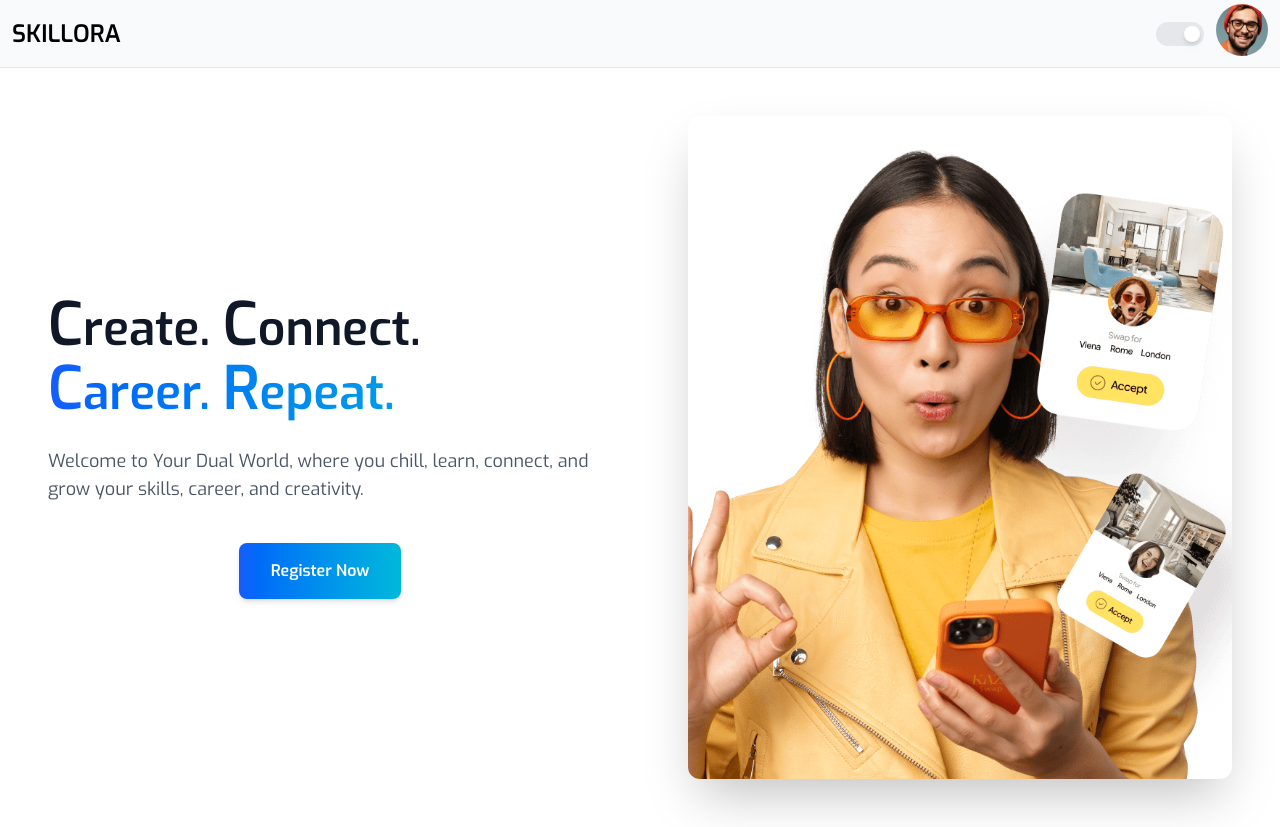
Repository: deepak445566/job
Page: / (app in frontend/)
An editor plug-in stored every save of this project. The page is shown before and after a run of saves, followed by the edit.
The browser window is 1280 px wide. The pictures show the whole page.
The page's requests for data from a server got no answer. Some web fonts or font styles are not loaded; a fallback is used. The project was rebuilt for these pictures with package versions that can differ from the ones it lists, and the page was loaded fresh each time. Some packages were replaced by stand-ins written for this rebuild. No one was signed in, and anything a server would have sent is missing. Also part of the build but not shown: frontend/vite.config.js, frontend/src/Components/auth/Login.jsx, frontend/src/Components/study/StudyDashboard.jsx, frontend/src/Components/chill/CreateReelModal.jsx, frontend/src/Components/chill/ChillDashboard.jsx, frontend/src/Components/common/Footer.jsx.

Above is the page before, as saved 2026-02-27 14:54:55.

### frontend/index.html
<!doctype html>
<html lang="en">
  <head>
    <meta charset="UTF-8" />
    <link rel="icon" type="image/svg+xml" href="/vite.svg" />
    <meta name="viewport" content="width=device-width, initial-scale=1.0" />
    <title>frontend</title>
    <link rel="preconnect" href="https://fonts.googleapis.com">
<link rel="preconnect" href="https://fonts.gstatic.com" crossorigin>
<link href="https://fonts.googleapis.com/css2?family=Exo:ital,wght@0,100..900;1,100..900&family=Playfair+Display:ital,wght@0,400..900;1,400..900&display=swap" rel="stylesheet">
  </head>
  <body>
    <div id="root"></div>
    <script type="module" src="/src/main.jsx"></script>
  </body>
</html>

### frontend/src/main.jsx
import { StrictMode } from 'react'
import { createRoot } from 'react-dom/client'
import './index.css'
import App from './App.jsx'
import {BrowserRouter} from 'react-router-dom'
import { AppContextProvider } from './context/AppContextProvider.jsx'




createRoot(document.getElementById('root')).render(
  <BrowserRouter>
  <AppContextProvider>
  <StrictMode>
    <App />
  </StrictMode>
  </AppContextProvider>
  </BrowserRouter>
)

### frontend/src/index.css
@import "tailwindcss";
.exo{
  font-family: "Exo", sans-serif;

  font-style: normal;
}

### frontend/src/App.jsx
import React from "react";
import Login from "./Components/auth/Login";
import { Route, Routes } from "react-router-dom";
import Dashboard from "./Components/Dashboard";
import { useAppContext } from "./context/AppContextProvider";
import Layout from "./Components/common/Layout";

function App() {
  const { showLogin } = useAppContext();

  return (
    <>
      {showLogin && <Login />}

      <Routes>
        {/* Layout wrap karega sab routes ko */}
        <Route path="/" element={<Layout />}>
          <Route index element={<Dashboard />} />
        </Route>
      </Routes>
    </>
  );
}

export default App;

### frontend/src/context/AppContextProvider.jsx
import { useContext, useEffect, useState } from "react";
import { useNavigate } from "react-router-dom";
import axios from "axios";
import { AppContext } from "./AppContext";
import toast from 'react-hot-toast';

axios.defaults.withCredentials = true;
axios.defaults.baseURL = import.meta.env.VITE_BACKEND_URL;
console.log("Base URL:", import.meta.env.VITE_BACKEND_URL);

export const AppContextProvider = ({ children }) => {
  const navigate = useNavigate();
  const [user, setUser] = useState(null);
  const [mode, setMode] = useState('chill'); // Default 'chill' ya 'study'
  const [showLogin, setShowLogin] = useState(false);
  const [loading, setLoading] = useState(true);

  const fetchUser = async () => {
    try {
      const { data } = await axios.get("/api/auth/isauth");
      if (data.success) {
        setUser(data.user);
        // User login hai toh uski mode fetch karo
        fetchUserMode();
      }
    } catch (error) {
      setUser(null);
    } finally {
      setLoading(false);
    }
  };

  // User ka mode fetch karne ka function
  const fetchUserMode = async () => {
    try {
      const { data } = await axios.get("/api/mode/");
      if (data.success) {
        setMode(data.mode);
      }
    } catch (error) {
      console.log("Error fetching mode:", error);
    }
  };

  // Mode toggle karne ka function
  const toggleMode = async () => {
    if (!user) {
      toast.error("Please login first");
      setShowLogin(true);
      return;
    }

    try {
      const { data } = await axios.put("/api/mode/switch");
      if (data.success) {
        setMode(data.mode);
        toast.success(data.message);
      }
    } catch (error) {
      toast.error(error.response?.data?.message || "Error switching mode");
    }
  };

  useEffect(() => {
    fetchUser();
  }, []);

  return (
    <AppContext.Provider
      value={{
        navigate,
        user,
        setUser,
        axios,
        setShowLogin,
        showLogin,
        mode,
        setMode,
        toggleMode,
        loading
      }}
    >
      {children}
    </AppContext.Provider>
  );
};

export const useAppContext = () => useContext(AppContext);

### frontend/src/Components/Dashboard.jsx
// components/Dashboard.jsx
import React from 'react';
import { useAppContext } from '../context/AppContextProvider';
import StudyDashboard from './study/StudyDashboard';
import ChillDashboard from './chill/ChillDashboard';

function Dashboard() {
  const { mode, user, setShowLogin, loading } = useAppContext();

  // Loading state
  if (loading) {
    return (
      <div className="min-h-screen flex items-center justify-center">
        <div className="text-center">
          <div className="w-16 h-16 border-4 border-blue-500 border-t-transparent rounded-full animate-spin mx-auto mb-4"></div>
          <p className="text-gray-600">Loading dashboard...</p>
        </div>
      </div>
    );
  }

  // Agar user login nahi hai
  if (!user) {
    return (
     <div className="min-h-screen  flex items-center justify-center  exo">

      <div className=" w-full   rounded-2xl overflow-hidden flex flex-col md:flex-row">

        {/* Left side: Text and button */}
        <div className="w-full md:w-1/2 p-5 sm:p-10 lg:p-12 flex flex-col justify-center space-y-6">
          {/* Heading */}
          <h1 className="text-4xl sm:text-5xl font-semibold text-gray-900 leading-tight">
           <span className='text-6xl'>C</span>reate.  <span className='text-6xl'>C</span>onnect.
            <span className="text-transparent bg-clip-text bg-gradient-to-r from-blue-600 to-cyan-500 block ">
             <span className='text-6xl'>C</span>areer.  <span className='text-6xl exo'>R</span>epeat.
            </span>
          </h1>

          {/* Paragraph */}
          <p className="text-lg text-gray-600 ">
           Welcome to Your Dual World, where you chill, learn, connect, and grow your skills, career, and creativity.
          </p>

          {/* Register Now Button */}
          <div className="pt-4 flex justify-center">
            <button onClick={()=>setShowLogin(true)} className="px-8 py-4 bg-gradient-to-r from-blue-600 to-cyan-500 text-white font-semibold rounded-lg shadow-md hover:shadow-lg transform hover:scale-105 transition-all duration-300 ease-in-out focus:outline-none focus:ring-2 focus:ring-blue-400 focus:ring-offset-2">
              Register Now
            </button>
          </div>


        </div>

        {/* Right side: Image */}
        <div className="w-full md:w-1/2  flex items-center justify-center p-3 sm:p-10 lg:p-12">

          <img
            src="/images/m.png"
            alt="Hero visual representing our platform"
            className="w-full h-auto rounded-xl shadow-2xl object-cover transform hover:scale-105 transition-transform duration-500"
          />
        </div>
      </div>
    </div>
    );
  }

  // Mode ke hisaab se dashboard render karo
  return (
    <div className="transition-all duration-500">
      {mode === 'study' ? <StudyDashboard /> : <ChillDashboard />}
    </div>
  );
}

export default Dashboard;

### frontend/src/Components/common/Layout.jsx
import Navbar from "./Navbar";
import FloatingDockMinimal from "./Footer";
import { Outlet } from "react-router-dom";
import { useAppContext } from "../../context/AppContextProvider";

function Layout() {
  const { user } = useAppContext(); // ya isAuthenticated

  return (
    <div className="min-h-screen flex flex-col">
      <Navbar />

      {/* Page Content */}
      <div className={`flex-1 ${user ? "pb-20" : ""}`}>
        <Outlet />
      </div>

      {/* 👇 Sirf login user ko dikhega */}
      {user && <FloatingDockMinimal />}
    </div>
  );
}

export default Layout;

### frontend/src/Components/common/Navbar.jsx
import React, { useState } from "react";
import { useAppContext } from "../../context/AppContextProvider";
import toast from "react-hot-toast";

function Navbar() {
  const { user, setUser, axios, setShowLogin, navigate, mode, toggleMode } =
    useAppContext();
  const [loggingOut, setLoggingOut] = useState(false);
  const [togglingMode, setTogglingMode] = useState(false);
  const [showProfileMenu, setShowProfileMenu] = useState(false);

  const handleLogout = async () => {
    try {
      setLoggingOut(true);
      const { data } = await axios.post("/api/auth/logout");
      if (data.success) {
        setUser(null);
        setShowLogin(true);
        toast.success("Logged out successfully");
        navigate("/");
      } else {
        toast.error(data.message || "Logout failed");
      }
    } catch (error) {
      toast.error(error.response?.data?.message || "Error logging out");
    } finally {
      setLoggingOut(false);
      setShowProfileMenu(false);
    }
  };

  const handleToggleMode = async () => {
    try {
      setTogglingMode(true);
      await toggleMode();
    } catch (error) {
      console.error("Error toggling mode:", error);
    } finally {
      setTogglingMode(false);
    }
  };

  const handleProfileClick = () => {
    if (user) {
      setShowProfileMenu(!showProfileMenu);
    } else {
      setShowLogin(true);
    }
  };

  const getInitial = () => {
    if (user?.username) return user.username[0].toUpperCase();
    if (user?.email) return user.email[0].toUpperCase();
    return 'K';
  };

  return (
   <nav className="bg-gray-50 border-b border-gray-200 px-3 py-1 sticky top-0 z-50 exo">
  <div className="flex justify-between items-center max-w-7xl mx-auto">
    {/* Left Side */}
    <div className="flex items-center gap-4 text-2xl font-semibold uppercase">
     <h1>Skillora</h1>
    </div>

    {/* Right Side */}
    <div className="flex items-center gap-3">
      {/* Mode Toggle */}
      <button
        onClick={handleToggleMode}
        disabled={togglingMode || !user}
        className={`relative w-12 h-6 rounded-full transition-all duration-700 ${
          user
            ? mode === 'study'
              ? 'bg-gray-700'
              : 'bg-gray-300'
            : 'bg-gray-200 cursor-not-allowed'
        }`}
        title={!user ? "Login to switch mode" : `Switch to ${mode === 'study' ? 'Chill' : 'Study'}`}
      >
        <span
          className={`absolute top-1 left-1 w-4 h-4 bg-white rounded-full shadow-md transform transition-all duration-500 ease-in-out ${
            mode === 'chill' ? 'translate-x-6' : ''
          }`}
        />
      </button>

      {/* Profile */}
      <div className="relative">
        <button
          onClick={handleProfileClick}
          className="group relative focus:outline-none"
        >
          <div>
            <img src="/images/log.jpg" className="h-13 w-13 rounded-full"/>
          </div>


        </button>

        {/* Profile Menu */}
        {showProfileMenu && user && (
          <>
            <div
              className="fixed inset-0 z-40"
              onClick={() => setShowProfileMenu(false)}
            />

            <div className="absolute right-0 mt-3 w-56 bg-white rounded-2xl shadow-lg border border-gray-100 z-50 overflow-hidden">
              <div className="px-5 py-4 border-b border-gray-100">
                <p className="text-xs text-gray-400 uppercase tracking-[0.2em] mb-2 font-light">
                  Account
                </p>
                <p className="text-sm font-medium text-gray-800 mb-0.5">
                  {user.username || 'User'}
                </p>
                <p className="text-xs text-gray-400 truncate font-light">
                  {user.email || 'user@example.com'}
                </p>
              </div>

              <div className="p-2">
                <button
                  onClick={() => {
                    setShowProfileMenu(false);
                    navigate('/profile');
                  }}
                  className="w-full px-4 py-2.5 text-left hover:bg-gray-50 rounded-xl transition-all duration-200 flex items-center gap-3 text-gray-600 group"
                >
                  <span className="text-sm opacity-50 group-hover:opacity-100 transition-opacity">👤</span>
                  <span className="text-xs font-light tracking-wide">Profile</span>
                </button>

                <div className="h-px bg-gray-100 my-2"></div>

                <button
                  onClick={handleLogout}
                  disabled={loggingOut}
                  className="w-full px-4 py-2.5 text-left hover:bg-gray-50 rounded-xl transition-all duration-200 flex items-center gap-3 text-gray-600 group"
                >
                  <span className="text-sm opacity-50 group-hover:opacity-100 transition-opacity">🚪</span>
                  <span className="text-xs font-light tracking-wide flex-1">
                    {loggingOut ? "Exiting..." : "Sign out"}
                  </span>
                  {loggingOut && (
                    <span className="w-3 h-3 border border-gray-300 border-t-transparent rounded-full animate-spin" />
                  )}
                </button>
              </div>
            </div>
          </>
        )}
      </div>
    </div>
  </div>
</nav>
  );
}

export default Navbar;

Loaded but not shown: frontend/src/context/AppContext.jsx (common file)

After the next 3 saves:
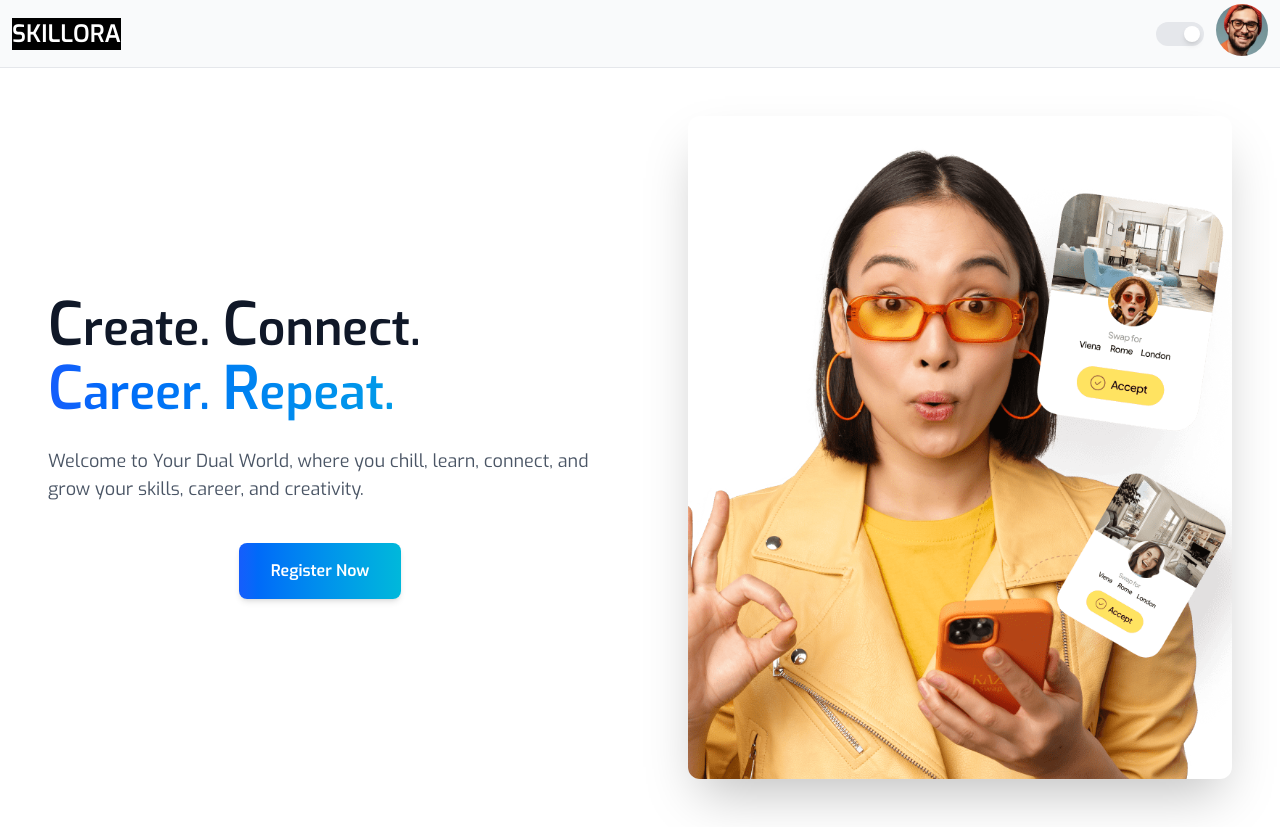
The 3 saves are shown as one change because they came seconds apart.
The last was saved 19 s later.
--- a/frontend/src/Components/common/Navbar.jsx
+++ b/frontend/src/Components/common/Navbar.jsx
@@ -58,7 +58,7 @@ function Navbar() {
    <nav className="bg-gray-50 border-b border-gray-200 px-3 py-1 sticky top-0 z-50 exo">
   <div className="flex justify-between items-center max-w-7xl mx-auto">
     {/* Left Side */}
-    <div className="flex items-center gap-4 text-2xl font-semibold uppercase">
+    <div className="flex items-center gap-4 text-2xl font-semibold uppercase bg-black text-white">
      <h1>Skillora</h1>
     </div>
 
